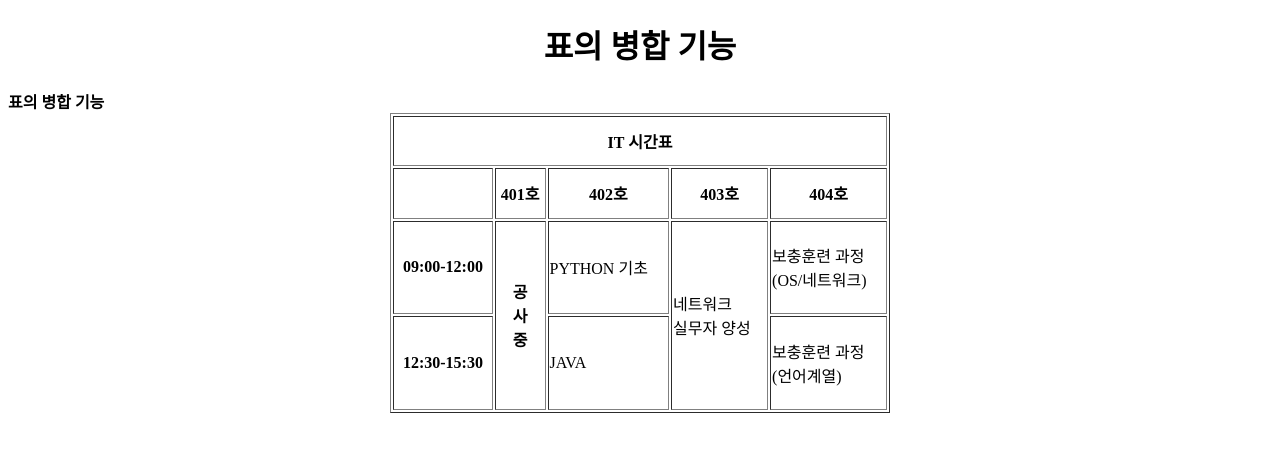
Repository: hui-Joo/html
Page: html/quiz.html
These files come from the project's save history. The page is drawn as it stood at one moment and after the next save; the edit follows.
The browser window is 1280 px wide. The pictures show the whole page.

Above is the page before, as saved 2021-10-04 06:07:52.

After the next save:
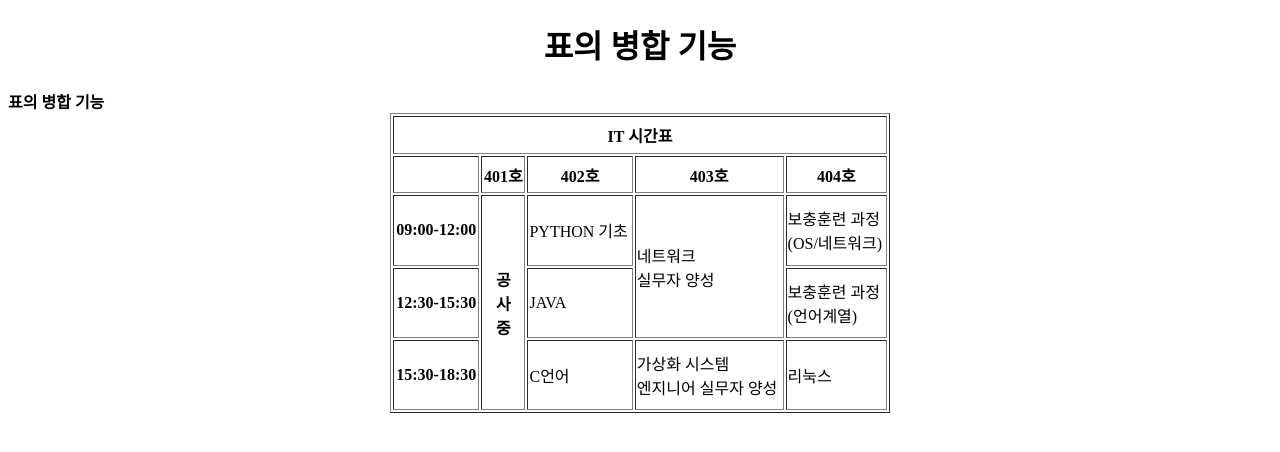
Saved 2 min 10 s later.
--- a/html/quiz.html
+++ b/html/quiz.html
@@ -25,6 +25,10 @@
 	<th>12:30-15:30</th><td>JAVA</td><td>보충훈련 과정<br>(언어계열)</td>
 	</tr>
 
+	<tr>
+	<th>15:30-18:30</th><td>C언어</td><td rowspan="2">가상화 시스템<br>엔지니어 실무자 양성</td><td>리눅스</td>
+	</tr>
+
 
 
 </table>
